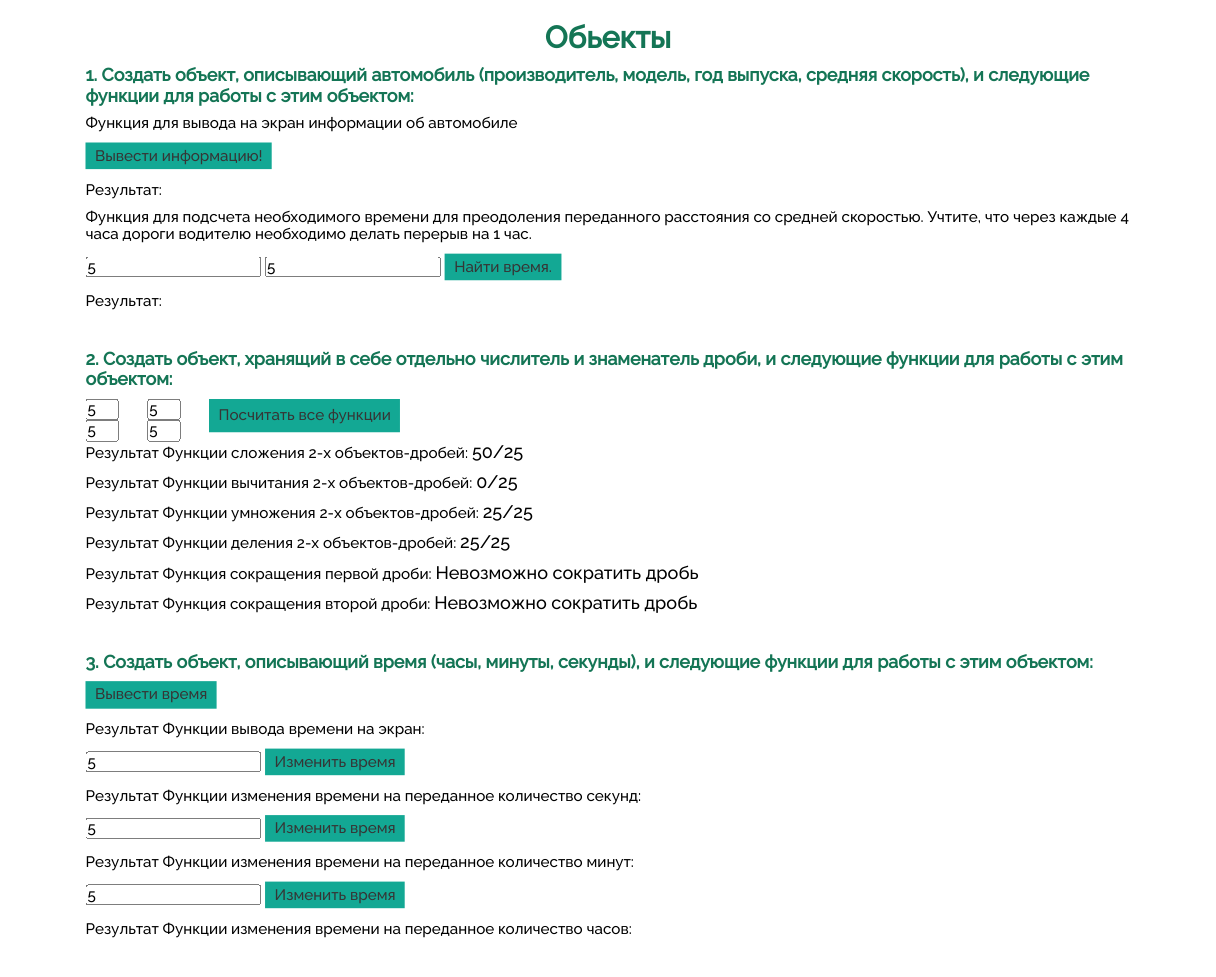
Repository: NastyaGavrilova/Beetroot-js
Page: HW4/index.html
These files come from the project's save history. The page is drawn as it stood at one moment and after the next save; the edit follows.
The browser window is 1280 px wide. The pictures show the whole page, at 95% of full size.
Empty fields were first filled with sample values (such as "Sample", 5 or name@example.com).
After loading, the first visible `#js-task2-btn` was clicked once.

Above is the page before, as saved 2021-10-23 17:50:39.

### HW4/index.html
<!DOCTYPE html>
<html lang="en">
  <head>
    <meta charset="UTF-8" />
    <meta http-equiv="X-UA-Compatible" content="IE=edge" />
    <meta name="viewport" content="width=device-width, initial-scale=1.0" />
    <link
      rel="stylesheet"
      href="https://cdnjs.cloudflare.com/ajax/libs/normalize/8.0.1/normalize.min.css"
      integrity="sha512-NhSC1YmyruXifcj/KFRWoC561YpHpc5Jtzgvbuzx5VozKpWvQ+4nXhPdFgmx8xqexRcpAglTj9sIBWINXa8x5w=="
      crossorigin="anonymous"
      referrerpolicy="no-referrer"
    />
    <link rel="stylesheet" href="./index.css" />
    <link rel="shortcut icon" href="./favicon.ico" type="image/x-icon" />
    <style>
      @import url("https://fonts.googleapis.com/css2?family=Raleway:wght@300;500&display=swap");
    </style>
    <title>Objects</title>
  </head>
  <body>
    <header class="c-header">
      <div class="c-header__wrapper">
        <h1 class="c-header__title title">Обьекты</h1>
      </div>
    </header>

    <section class="c-task1 task">
      <div class="c-task1__wrapper">
        <h3 class="c-task1__title title">
          1. Создать объект, описывающий автомобиль (производитель, модель, год
          выпуска, средняя скорость), и следующие функции для работы с этим
          объектом:
        </h3>
        <p class="c-task1__paragraph">
          Функция для вывода на экран информации об автомобиле
        </p>
        <button class="c-task1__btn" id="js-task1-btn">
          Вывести информацию!
        </button>
        <p class="c-task1__result">
          Результат: <span id="js-tak1-span"></span>
        </p>
        <p class="c-task1__subparagraph">
          Функция для подсчета необходимого времени для преодоления переданного
          расстояния со средней скоростью. Учтите, что через каждые 4 часа
          дороги водителю необходимо делать перерыв на 1 час.
        </p>
        <form action="#" method="post" id="js-tak1-form">
          <input
            type="number"
            id="js-task1-input1"
            placeholder="Расстоние в километрах"
          />
          <input
            type="number"
            id="js-task1-input2"
            placeholder="Средняя скорость"
          />
          <button id="js-task1-btn1">Найти время.</button>
        </form>
        <p class="c-task1__result">
          Результат: <span id="js-task1-span1"></span>
        </p>
      </div>
    </section>

    <section class="c-task2 task">
      <div class="c-task2__wrapper">
        <h3 class="c-task2__title title">
          2. Создать объект, хранящий в себе отдельно числитель и знаменатель
          дроби, и следующие функции для работы с этим объектом:
        </h3>

        <form action="#" class="c-task2-form" method="get">
          <div class="c-task2-form__wrapper">
            <div class="c-task2_first-fraction">
              <input type="number" class="c-input" id="js-task2-input1" />
              <input type="number" class="c-input" id="js-task2-input2" />
            </div>
            <div class="c-task2_second-fraction">
              <input class="c-input" type="number" id="js-task2-input3" />
              <input type="number" class="c-input" id="js-task2-input4" />
            </div>

            <button id="js-task2-btn">Посчитать все функции</button>
          </div>
        </form>
        <p class="c-task2__result">
          Результат Функции сложения 2-х объектов-дробей:
          <span id="js-task2-span1"></span>
        </p>
        <p class="c-task2__result">
          Результат Функции вычитания 2-х объектов-дробей:
          <span id="js-task2-span2"></span>
        </p>
        <p class="c-task2__result">
          Результат Функции умножения 2-х объектов-дробей:
          <span id="js-task2-span3"></span>
        </p>
        <p class="c-task2__result">
          Результат Функции деления 2-х объектов-дробей:
          <span id="js-task2-span4"></span>
        </p>
        <p class="c-task2__result">
          Результат Функция сокращения первой дроби:
          <span id="js-task2-span5"></span>
        </p>
        <p class="c-task2__result">
          Результат Функция сокращения второй дроби:
          <span id="js-task2-span6"></span>
        </p>
      </div>
    </section>

    <section class="c-task3 task">
      <div class="c-task3__wrapper">
        <h3 class="c-task3__title title">
          3. Создать объект, описывающий время (часы, минуты, секунды), и
          следующие функции для работы с этим объектом:
        </h3>
        <button id="js-task3-btn1">Вывести время</button>
        <p class="c-task3__result">
          Результат Функции вывода времени на экран:
          <span id="js-task3-span1"></span>
        </p>
        <form action="#" class="c-task2-form1" method="get">
          <input type="number" id="js-task3-input1" placeholder="Секунды" />
          <button id="js-task3-btn2">Изменить время</button>
        </form>
        <p class="c-task3__result">
          Результат Функции изменения времени на переданное количество секунд:
          <span id="js-task3-span2"></span>
        </p>
        <form action="#" class="c-task2-form2" method="get">
          <input type="number" id="js-task3-input2" placeholder="Минуты" />
          <button id="js-task3-btn3">Изменить время</button>
        </form>
        <p class="c-task3__result">
          Результат Функции изменения времени на переданное количество минут:
          <span id="js-task3-span3"></span>
        </p>
        <form action="#" class="c-task2-form3" method="get">
          <input type="number" id="js-task3-input3" placeholder="Часы" />
          <button id="js-task3-btn4">Изменить время</button>
        </form>
        <p class="c-task3__result">
          Результат Функции изменения времени на переданное количество часов:
          <span id="js-task3-span4"></span>
        </p>
        <!-- <p class="c-task3__result">
          Результат Функции изменения времени на переданное количество секунд:
          <span id="js-task3-span2"></span>
        </p>
        <p class="c-task3__result">
          Результат Функции изменения времени на переданное количество минут:
          <span id="js-task3-span3"></span>
        </p>
        <p class="c-task3__result">
          Результат Функции изменения времени на переданное количество часов:
          <span id="js-task3-span4"></span> -->
        <!-- </p> -->
      </div>
    </section>
    <script src="./index.js"></script>
  </body>
</html>

### HW4/index.css
* {
  box-sizing: border-box;
  padding: 0;
  margin: 0;
}

body {
  max-width: 1200px;
  margin: 0 auto;
  font-family: "Raleway", sans-serif;
}
.c-header {
  text-align: center;
}

.task {
  padding: 0 50px 30px 50px;
}
.title {
  margin-bottom: 10px;
  color: rgb(20, 117, 85);
}
p {
  margin-bottom: 10px;
  font-weight: 500;
}
span {
  font-size: 19px;
  font-weight: 500;
}
button {
  border: none;
  background-color: rgb(19, 168, 148);
  color: rgb(54, 53, 53);
  margin-bottom: 10px;
  font-weight: 500;
  padding: 5px 10px;
  cursor: pointer;
}
button:active {
  transform: scale(0.9);
}
.c-input {
  max-width: 35px;
}
.c-task2-form__wrapper {
  display: flex;
}
.c-task2_first-fraction,
.c-task2_second-fraction {
  display: flex;
  flex-direction: column;
  padding-right: 30px;
}

#js-task2-btn {
  max-width: 230px;
}
/* display: flex;
flex-direction: column; */

### HW4/index.js
// task 1
let car = {
  producer: "Volkswagen",
  model: "Tiguan",
  year: 2007,
  avgSpeed: 120,
};

let btn1 = document.getElementById("js-task1-btn");
btn1.addEventListener("click", (e) => {
  let information = document.getElementById("js-tak1-span");
  return (information.innerHTML =
    "Producer: " +
    car.producer +
    ",\nModel: " +
    car.model +
    ",\nAge of issue: " +
    car.year +
    ",\nAverage speed: " +
    car.avgSpeed +
    " km/h");
});

let btn1_1 = document.getElementById("js-task1-btn1");
btn1_1.addEventListener("click", (event) => {
  event.preventDefault();
  const distance = document.getElementById("js-task1-input1");
  const averageSpeed = document.getElementById("js-task1-input2");
  let time = document.getElementById("js-task1-span1");
  let timeInWay = Math.round(distance.value / averageSpeed.value);
  let timeInRest =
    timeInWay % 4 == 0 ? ((timeInWay / 4) | 0) - 1 : (timeInWay / 4) | 0;
  let timeTotal = timeInWay + timeInRest;
  return (time.innerHTML = timeTotal);
});

// task 2
let firstNumerator = document.getElementById("js-task2-input1");
let firstDenominator = document.getElementById("js-task2-input2");
let secondNumerator = document.getElementById("js-task2-input3");
let secondDenominator = document.getElementById("js-task2-input4");

function Fraction(upNumber, downNumber) {
  return { upNumber: upNumber, downNumber: downNumber };
}
let firstFraction = Fraction(firstNumerator, firstDenominator);
let secondFraction = Fraction(secondNumerator, secondDenominator);

function fracAddition(obj1, obj2) {
  let addition = document.getElementById("js-task2-span1");
  let resultUpNumber =
    obj1.upNumber.value * obj2.downNumber.value +
    obj2.upNumber.value * obj1.downNumber.value;
  let resultDownNumber = obj1.downNumber.value * obj2.downNumber.value;
  if (obj1.upNumber.value != 0 || obj2.upNumber.value != 0) {
    if (obj1.downNumber.value != 0 && obj2.downNumber.value != 0) {
      return (addition.innerHTML = `${resultUpNumber}/${resultDownNumber}`);
    } else {
      return (addition.innerHTML = "Деление на 0 невозможно!");
    }
  } else {
    return (addition.innerHTML = 0);
  }
}
function fracSubtraction(obj1, obj2) {
  let subtraction = document.getElementById("js-task2-span2");
  let resultUpNumber =
    obj1.upNumber.value * obj2.downNumber.value -
    obj2.upNumber.value * obj1.downNumber.value;
  let resultDownNumber = obj1.downNumber.value * obj2.downNumber.value;
  if (obj1.upNumber.value != 0 || obj2.upNumber.value != 0) {
    if (obj1.downNumber.value != 0 && obj2.downNumber.value != 0) {
      return (subtraction.innerHTML = `${resultUpNumber}/${resultDownNumber}`);
    } else {
      return (subtraction.innerHTML = "Деление на 0 невозможно!");
    }
  } else {
    return (subtraction.innerHTML = 0);
  }
}
function fracMiltiplicatin(obj1, obj2) {
  let multiplication = document.getElementById("js-task2-span3");
  let resultUpNumber = obj1.upNumber.value * obj2.upNumber.value;
  let resultDownNumber = obj1.downNumber.value * obj2.downNumber.value;
  if (obj1.upNumber.value != 0 && obj2.upNumber.value != 0) {
    if (obj1.downNumber.value != 0 && obj2.downNumber.value != 0) {
      return (multiplication.innerHTML = `${resultUpNumber}/${resultDownNumber}`);
    } else {
      return (multiplication.innerHTML = "Деление на 0 невозможно!");
    }
  } else {
    return (multiplication.innerHTML = 0);
  }
}
function fracDevision(obj1, obj2) {
  let devision = document.getElementById("js-task2-span4");
  let resultUpNumber = obj1.upNumber.value * obj2.downNumber.value;
  let resultDownNumber = obj1.downNumber.value * obj2.upNumber.value;
  if (obj1.downNumber.value != 0 && obj2.upNumber.value != 0) {
    if (obj1.upNumber.value != 0 && obj2.downNumber.value != 0) {
      return (devision.innerHTML = `${resultUpNumber}/${resultDownNumber}`);
    } else {
      return (devision.innerHTML = 0);
    }
  } else {
    return (devision.innerHTML = "Деление на 0 невозможно!");
  }
}

function fracReductionFirst(obj1) {
  let reduction = document.getElementById("js-task2-span5");
  let n;
  let d;

  for (var i = 2; i <= obj1.upNumber.value; i++) {
    if (obj1.upNumber.value % i == 0 && obj1.downNumber.value % i == 0) {
      (n = obj1.upNumber.value / i), (d = obj1.downNumber.value / i);
    } else {
      return (reduction.innerHTML = "Невозможно сократить дробь");
    }
  }

  if (obj1.upNumber.value != 0) {
    if (obj1.downNumber.value != 0) {
      return (reduction.innerHTML = n + "/" + d);
    } else {
      return (reduction.innerHTML = "Деление на 0 невозможно!");
    }
  }
}
function fracReductionSeocnd(obj2) {
  let reduction1 = document.getElementById("js-task2-span6");
  let n1;
  let d1;
  for (var j = 2; j <= obj2.upNumber.value; j++) {
    if (obj2.upNumber.value % j == 0 && obj2.downNumber.value % j == 0) {
      (n1 = obj2.upNumber.value / j), (d1 = obj2.downNumber.value / j);
    } else {
      return (reduction1.innerHTML = "Невозможно сократить дробь");
    }
  }
  if (obj2.upNumber.value != 0) {
    if (obj2.downNumber.value != 0) {
      return (reduction1.innerHTML = n1 + "/" + d1);
    } else {
      return (reduction1.innerHTML = "Деление на 0 невозможно!");
    }
  }
}
let btn2 = document.getElementById("js-task2-btn");
btn2.addEventListener("click", (et) => {
  et.preventDefault();
  fracAddition(firstFraction, secondFraction);
  fracSubtraction(firstFraction, secondFraction);
  fracMiltiplicatin(firstFraction, secondFraction);
  fracDevision(firstFraction, secondFraction);
  fracReductionFirst(firstFraction);
  fracReductionSeocnd(secondFraction);
});

// task 3

let btn3 = document.getElementById("js-task3-btn1");
let btn31 = document.getElementById("js-task3-btn2");
let btn32 = document.getElementById("js-task3-btn3");
let btn33 = document.getElementById("js-task3-btn4");

let objTime = {
  hours: 12,
  minutes: 45,
  seconds: 17,
  showTime: function (spanEl) {
    return (spanEl.innerHTML = `${this.hours}:${this.minutes}:${this.seconds}`);
  },
  addSeconds: function (seconds) {
    if (seconds <= 0) {
      alert("You entered incorrect time!");
    } else if (seconds + this.seconds >= 60) {
      let differenceMin = Math.floor((this.seconds + seconds) / 60);
      this.seconds = (this.seconds + seconds) % 60;
      this.addMinutes(differenceMin);
    } else {
      this.seconds += seconds;
    }
  },
  addMinutes: function (minutes) {
    if (minutes <= 0) {
      alert("You entered incorrect time!!!");
    } else if (this.minutes + minutes >= 60) {
      let differenceHours = Math.floor((this.minutes + minutes) / 60);
      this.minutes = (this.minutes + minutes) % 60;

      this.addHours(differenceHours);
    } else {
      this.minutes += minutes;
    }
  },
  addHours: function (hours) {
    if (hours <= 0) {
      alert("You entered incorrect time!");
    } else if (hours + this.hours >= 24) {
      this.hours = (this.hours + hours) % 24;
      console.log(hours);
    } else {
      this.hours += hours;
    }
  },
};

btn3.addEventListener("click", (e) => {
  e.preventDefault();
  let showInfoTime = document.getElementById("js-task3-span1");
  objTime.showTime(showInfoTime);
});

btn33.addEventListener("click", (event) => {
  event.preventDefault();
  let hoursTime = document.getElementById("js-task3-input3");
  let showHourChange = document.getElementById("js-task3-span4");
  objTime.addHours(+hoursTime.value);
  objTime.showTime(showHourChange);
});

btn32.addEventListener("click", (e) => {
  e.preventDefault();
  let minTime = document.getElementById("js-task3-input2");
  let showMinChange = document.getElementById("js-task3-span3");
  objTime.addMinutes(+minTime.value);
  objTime.showTime(showMinChange);
});

btn31.addEventListener("click", (e) => {
  e.preventDefault();
  let secTime = document.getElementById("js-task3-input1");
  let showSecChange = document.getElementById("js-task3-span2");
  objTime.addSeconds(+secTime.value);
  objTime.showTime(showSecChange);
});

After the next save:
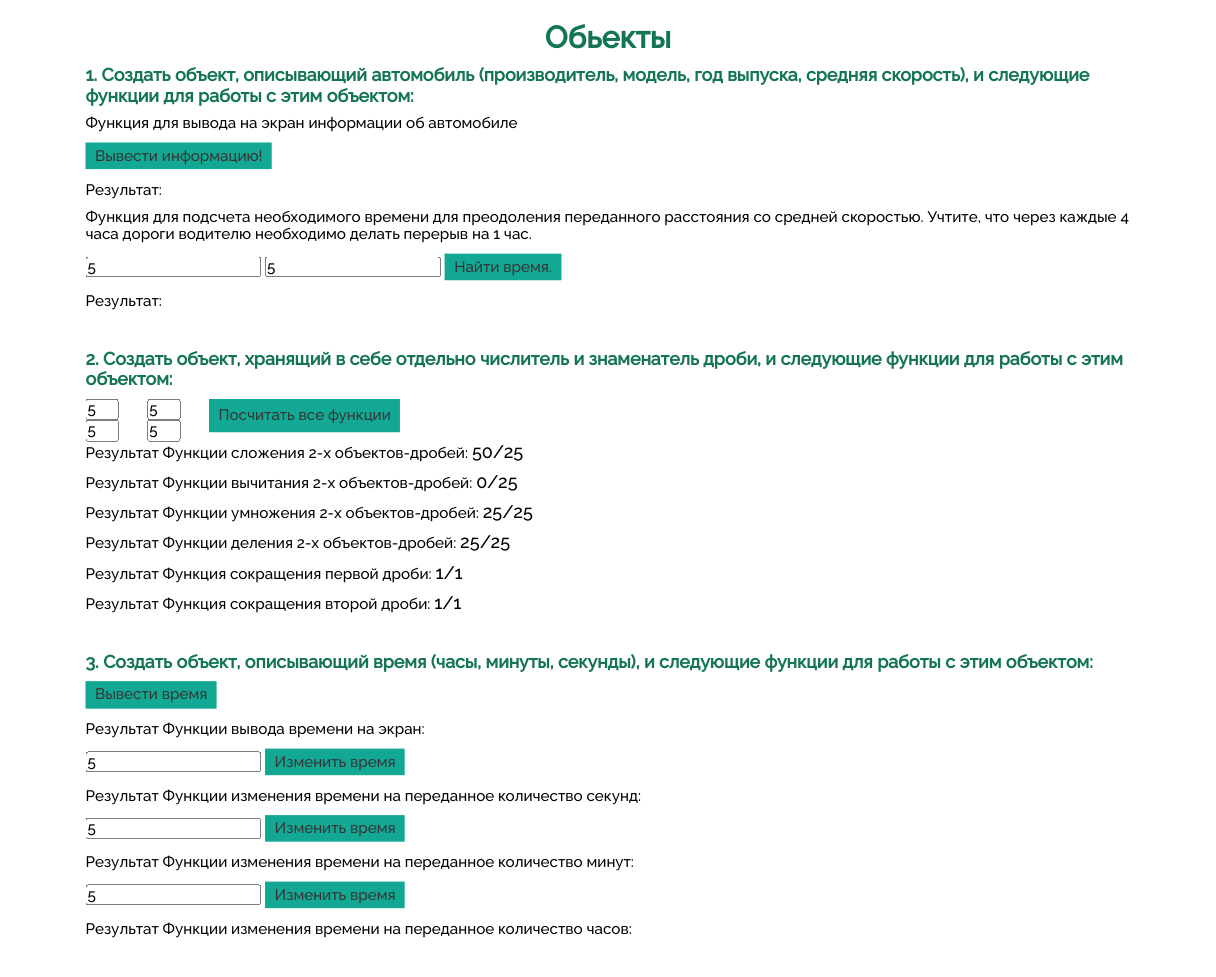
Saved 48 s later.
--- a/HW4/index.js
+++ b/HW4/index.js
@@ -115,9 +115,10 @@ function fracReductionFirst(obj1) {
   for (var i = 2; i <= obj1.upNumber.value; i++) {
     if (obj1.upNumber.value % i == 0 && obj1.downNumber.value % i == 0) {
       (n = obj1.upNumber.value / i), (d = obj1.downNumber.value / i);
-    } else {
-      return (reduction.innerHTML = "Невозможно сократить дробь");
-    }
+    }
+    // else {
+    //   return (reduction.innerHTML = "Невозможно сократить дробь");
+    // }
   }
 
   if (obj1.upNumber.value != 0) {
@@ -135,9 +136,10 @@ function fracReductionSeocnd(obj2) {
   for (var j = 2; j <= obj2.upNumber.value; j++) {
     if (obj2.upNumber.value % j == 0 && obj2.downNumber.value % j == 0) {
       (n1 = obj2.upNumber.value / j), (d1 = obj2.downNumber.value / j);
-    } else {
-      return (reduction1.innerHTML = "Невозможно сократить дробь");
-    }
+    }
+    // else {
+    //   return (reduction1.innerHTML = "Невозможно сократить дробь");
+    // }
   }
   if (obj2.upNumber.value != 0) {
     if (obj2.downNumber.value != 0) {
